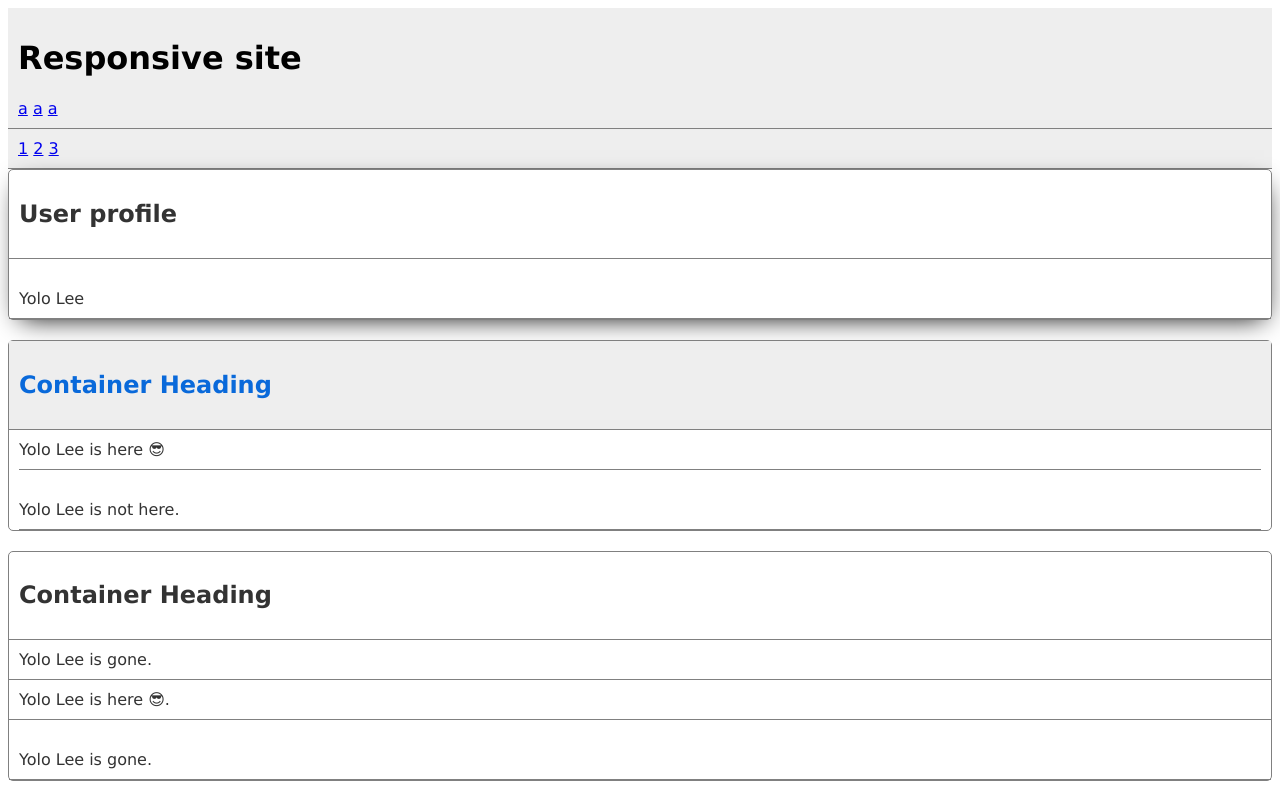
Repository: HyunJunggggg/MDIA2109
Page: inclass/week6/index.html
These files come from the project's save history. The page is drawn as it stood at one moment and after the next save; the edit follows.
The browser window is 1280 px wide. The pictures show the whole page.

Above is the page before, as saved 2025-02-13 15:33:41.

### inclass/week6/index.html
<!DOCTYPE html>
<html lang="en">
<head>
  <meta charset="UTF-8">
  <meta name="viewport" content="width=device-width, initial-scale=1.0">
  <link rel="stylesheet" href="css/style.css">
  <title>Code with me and responsive site 😉</title>
</head>

<body>
  <header class="page--header">
  <h1 class="page-header--title">Responsive site</h1>
  <a class="page-header--link"href="/">a</a>
  <a class="page-header--link"href="/">a</a>
  <a class="page-header--link"href="/">a</a>
  </header>

  <nav class="sub--nav">
    <header class="page--header">
      <a class="sub-nav__link"href="/">1</a>
      <a class="sub-nav__link"href="/">2</a>
      <a class="sub-nav__link"href="/">3</a>
      </header>
  </nav>

  <section class="container container--emphasize">
    <div class="container__content">
      <h1 class="container__title">User profile</h1>
    </div>
    <div class="container__content">
      Yolo Lee
    </div>
  </section>

  <section class="container">
    <header class="container__header">
      <h1 class="container__title">Container Heading</h1>
    </header>
    <div class="container__content container__content--with-margin">
      Yolo Lee is here 😎
    </div>
    <div class="container__content container__content--with-margin">
      Yolo Lee is not here.
    </div>
  </section>

  <section class="container">
    <div class="container__content">
      <h1 class="container__title">Container Heading</h1>
    </div>
    <div class="container__content">
      Yolo Lee is gone.
    </div>
    <div class="container__content">
      Yolo Lee is here 😎.
    </div>
    <div class="container__content">
      Yolo Lee is gone.
    </div>
  </section>
</body>
</html>

### inclass/week6/css/style.css
html{
  font-family: Verdana, Geneva, Tahoma, sans-serif;
}

.page--header{
  background: #eee;
  border-bottom: 1px solid grey;
  padding:  10px;
}

.page--header--link{
  border: 1px solid #333;
  padding: 5px;
  border-radius: 5px;
  line-height: 1;
}

.sub--nav{
  border-bottom: ;
}



.container{
  border: 1px solid grey;
  border-radius: 5px;
  color: #333;
  margin-bottom: 20px;

  &.container--emphasize{
    box-shadow: 2px 8px 25px -10px rgb(0,0,0,1);
  }

  &:last-child {
      /* .container + .container
    if container directly next to container
    it will apply. sibling selector
   it can use for .container:last-child */
    margin-top: 20px;
  }
}

.container__header{
  color: #0969da;
  background-color: #eee;
  border-bottom: 1px solid grey;
  padding: 10px;
}

.container__content{
  padding: 10px;
  border-bottom: 1px solid gray;

  &.container__content--with-margin{
    padding: 10px 0;
    margin:  0 10px;
  }

  &:last-child {
  margin-top: 20px;
}
}

After the next save:
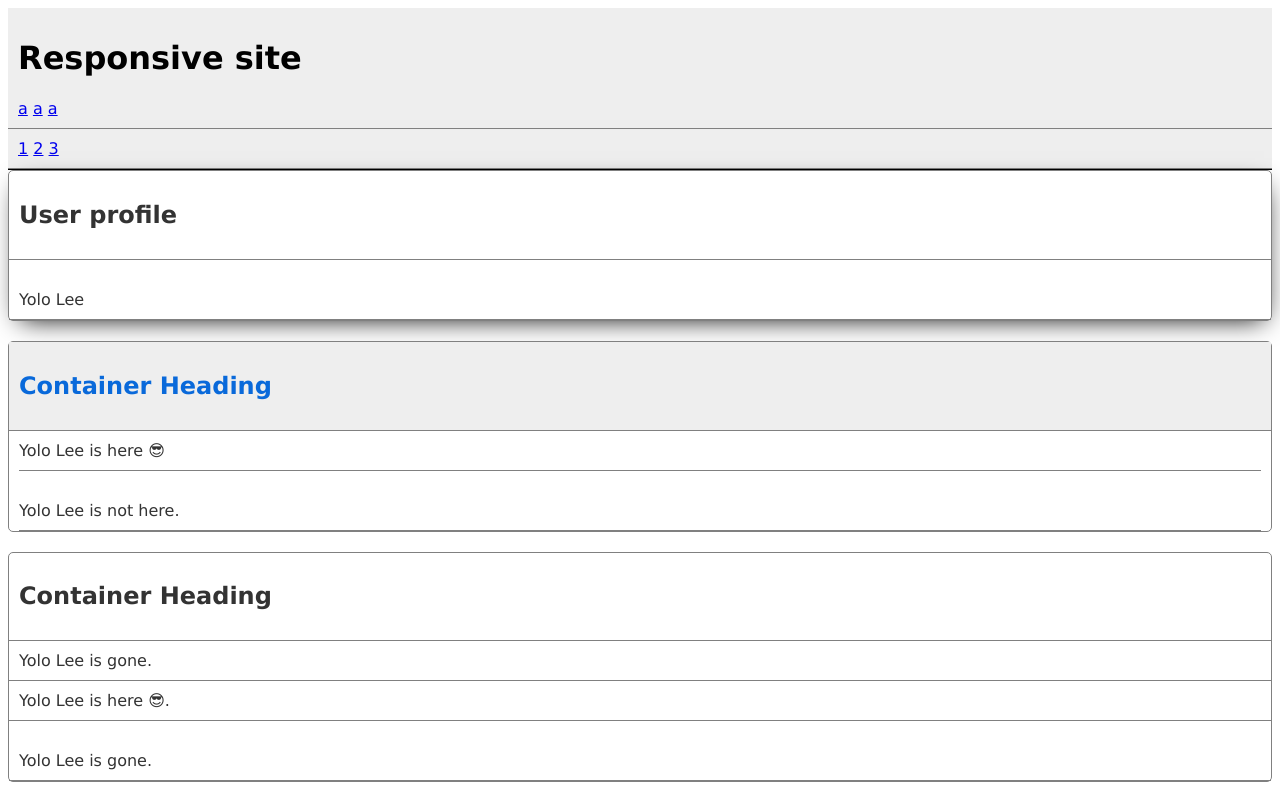
Saved 4 s later.
--- a/inclass/week6/css/style.css
+++ b/inclass/week6/css/style.css
@@ -16,7 +16,7 @@ html{
 }
 
 .sub--nav{
-  border-bottom: ;
+  border-bottom: 1px solid ;
 }
 
 
